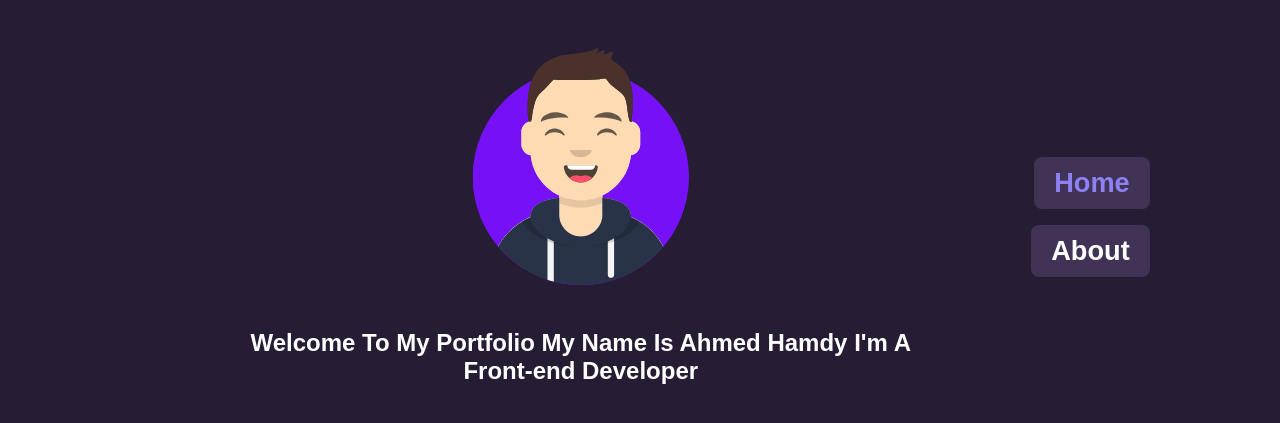
Repository: ahamdy997/portfolio
Page: /
An editor plug-in stored every save of this project. The page is shown before and after the next save, followed by the edit.
The browser window is 1280 px wide. The pictures show the whole page.
The project was rebuilt for these pictures with package versions that can differ from the ones it lists, and the page was loaded fresh each time. Also part of the build but not shown: vue.config.js.

Above is the page before, as saved 2023-11-05 22:43:22.

After the next save:
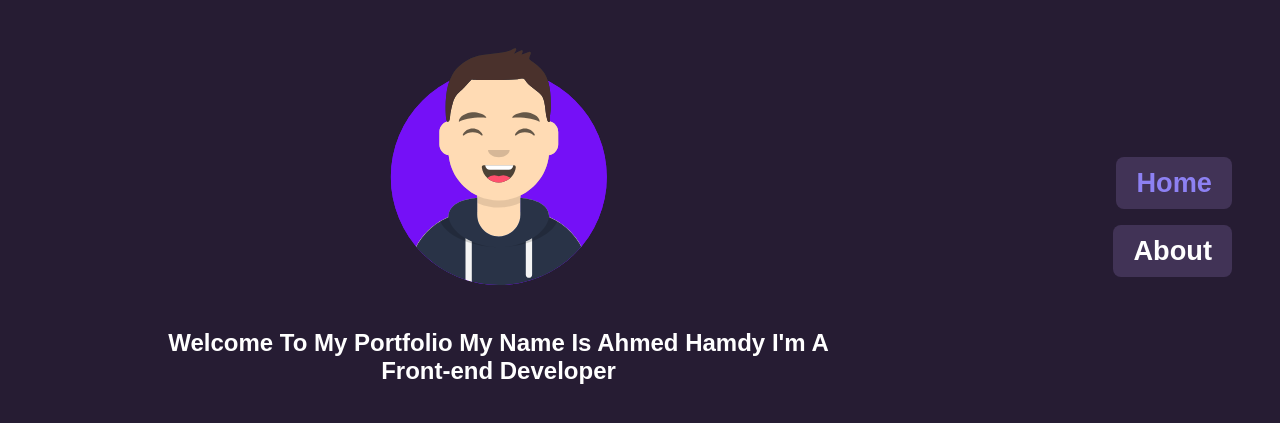
Saved 43 s later.
--- a/src/App.vue
+++ b/src/App.vue
@@ -16,7 +16,9 @@
   padding: 0;
   margin: 0;
 }
-
+#app {
+  width: 100%;
+}
 .flex {
   display: flex;
   align-items: center;

After the 4 saves that followed:
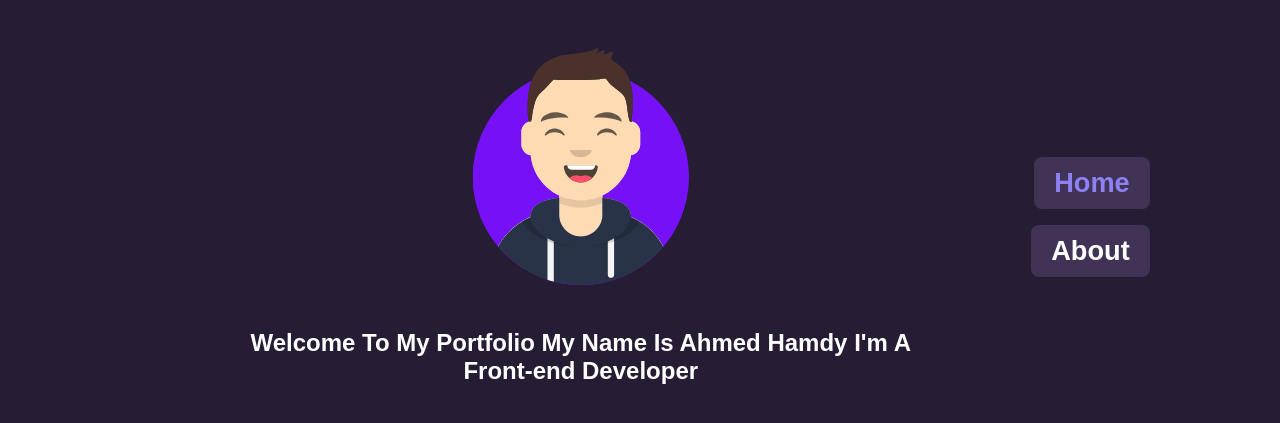
The 4 saves are shown as one change because 2 left the picture as it was and some came seconds apart.
The last was saved 30 s later.
--- a/src/App.vue
+++ b/src/App.vue
@@ -16,9 +16,7 @@
   padding: 0;
   margin: 0;
 }
-#app {
-  width: 100%;
-}
+
 .flex {
   display: flex;
   align-items: center;
@@ -43,6 +41,7 @@ body {
   align-items: center;
   justify-content: center;
   color: #fff;
+  width: 100vw;
   text-align: center;
 }
 nav a {
